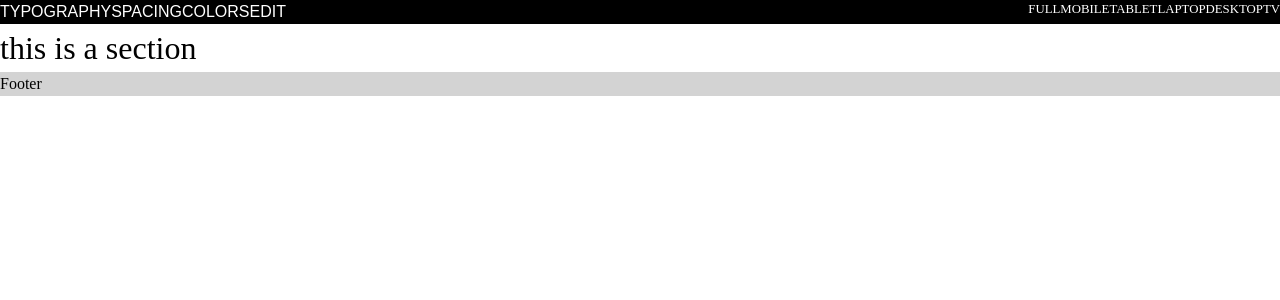
Repository: Terrycoco/coco-playground
Page: /
These files come from the project's save history. The page is drawn as it stood at one moment and after the next save; the edit follows.
The browser window is 1280 px wide. The pictures show the whole page.
The project was rebuilt for these pictures with package versions that can differ from the ones it lists, and the page was loaded fresh each time. The framework's server and built-in components were replaced by stand-ins that run in the browser. Also part of the build but not shown: next.config.js, src/components/menus/menu.module.css.

Above is the page before, as saved 2023-03-20 10:41:09.

After the next save:
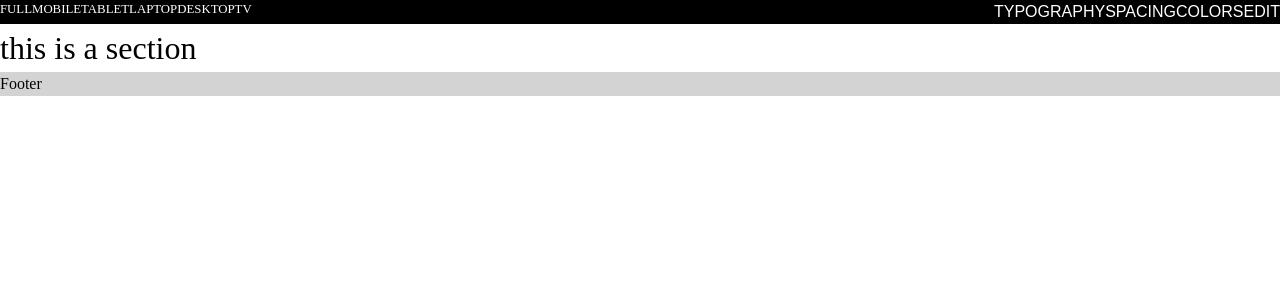
Saved 13 s later.
--- a/src/components/layout/Header.js
+++ b/src/components/layout/Header.js
@@ -25,8 +25,8 @@ function Header() {
 
   return (
     <header style={styles.header}>
+      <DeviceMenu />
       <MainMenu />
-      <DeviceMenu />
     </header>
   );
 }
